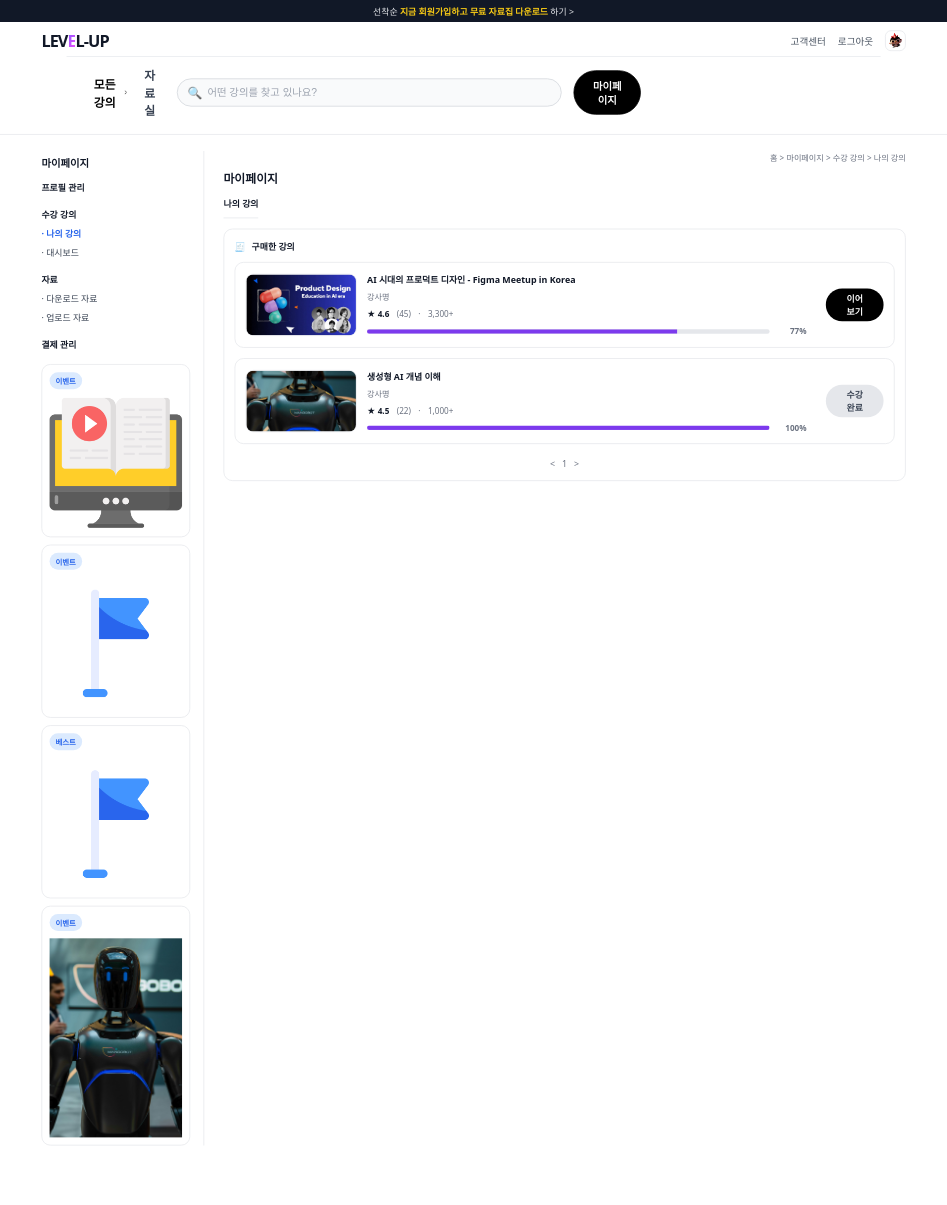
Repository: Iimchaehoon/level_up
Page: mypage.html
These files come from the project's save history. The page is drawn as it stood at one moment and after the next save; the edit follows.
The browser window is 1280 px wide. The pictures show the whole page, at 74% of full size.

Above is the page before, as saved 2025-12-13 22:16:33.

### mypage.html
<!doctype html>
<html lang="ko">
<head>
  <meta charset="UTF-8" />
  <meta name="viewport" content="width=device-width,initial-scale=1" />
  <title>마이페이지 | LEVEL-UP</title>

  <!-- 공통 CSS(프로젝트 기존) -->
  <link rel="stylesheet" href="styles.css" />

  <style>
    :root{
      --gray-200:#e5e7eb; --gray-300:#d1d5db; --gray-400:#9ca3af; --gray-500:#6b7280;
      --gray-600:#4b5563; --gray-700:#374151; --gray-50:#f9fafb; --black:#111827;
      --blue:#2563eb;
    }
    *{ box-sizing:border-box; }
    body{ margin:0; font-family:"Noto Sans KR",system-ui,-apple-system,BlinkMacSystemFont,"Segoe UI",sans-serif; background:#fff; color:var(--black); }
    a{ color:inherit; text-decoration:none; }
    img{ max-width:100%; display:block; }
    button{ font-family:inherit; }

    /* ✅ 커서 포인터(캡처 이슈 해결) */
    .brand, .nav-util, .menu-title, .menu-link, .profile-avatar, .mypage-btn,
    .nav__search input { cursor:pointer; }

    /* ───────── 상단 공지(ai_basic 동일) ───────── */
    .topbar{
      background:#111827; color:#e5e7eb; font-size:12px; text-align:center; padding:6px 16px;
    }
    .topbar strong{ color:#facc15; font-weight:600; }

    /* ───────── 헤더(ai_basic 동일) ───────── */
    .header{ background:#fff; border-bottom:1px solid var(--gray-200); position:sticky; top:0; z-index:50; }
    .header-top{
      max-width:1200px; margin:0 auto; padding:10px 16px 6px;
      display:flex; align-items:center; justify-content:space-between;
    }
    .brand{ font-size:22px; font-weight:800; letter-spacing:-0.06em; }
    .brand__e{
      display:inline-block;
      background:linear-gradient(120deg,#7b5cff,#ff4bff);
      -webkit-background-clip:text; color:transparent;
    }

    .header-top__right{
      display:flex; align-items:center; gap:16px; font-size:13px;
    }
    .nav-util{ color:var(--gray-600); }

    .profile-avatar{
      width:28px; height:28px; border-radius:8px; object-fit:cover; border:1px solid var(--gray-200);
    }

    .btn.mypage-btn{
      border-radius:999px;
      background:#000; color:#fff;
      padding:9px 22px;
      font-size:14px; font-weight:700;
      border:1px solid #000;
    }

    .header-bottom{ border-top:1px solid rgba(229,231,235,.9); }
    .header-bottom__inner{
      max-width:1200px; margin:0 auto; padding:8px 16px 10px;
      display:grid;
      grid-template-columns: auto minmax(520px, 1fr) auto; /* ✅ 검색창 폭 확보 */
      align-items:center; gap:16px;
    }
    .nav-left{ display:flex; align-items:center; gap:20px; }
    .nav-wrapper{ position:relative; }

    .menu-title{
      background:none; border:none; padding:6px 0;
      font:inherit; font-weight:700;
      display:inline-flex; align-items:center; gap:4px;
    }
    .menu-toggle-icon{
      width:16px; height:16px;
      background-image:url("./assets/Button_1.png");
      background-size:contain; background-repeat:no-repeat; background-position:center;
      transition:transform .18s ease;
    }
    .menu-toggle-icon.open{ transform:rotate(90deg); }

    .menu-link{ color:var(--gray-700); font-weight:600; }
    .menu-link.active{ color:#111827; font-weight:800; }

    .nav__search{
      position:relative;
      width:100%;
      max-width:720px;   /* ✅ 캡처처럼 길게 */
      margin:0 auto;
    }
    .nav__search input{
      width:100%;
      padding:10px 40px;
      border-radius:999px;
      border:1px solid var(--gray-300);
      font-size:14px;
      background:var(--gray-50);
      outline:none;
    }
    .nav__search input::placeholder{ color:var(--gray-400); }
    .icon-search{
      position:absolute; left:14px; top:50%; transform:translateY(-50%);
      font-size:16px; cursor:default;
    }

    /* 드롭다운(필요시 유지) */
    .nav-dropdown{
      display:none;
      position:absolute; top:34px; left:0;
      background:#fff; border-radius:18px;
      box-shadow:0 18px 40px rgba(15,23,42,.18);
      padding:10px 0; min-width:260px; z-index:30;
    }
    .nav-dropdown__list{ list-style:none; margin:0; padding:0; }
    .nav-dropdown__item{
      display:flex; align-items:center; gap:10px;
      padding:8px 16px; font-size:14px;
      cursor:pointer;
    }
    .nav-dropdown__item + .nav-dropdown__item{ border-top:1px solid var(--gray-200); }
    .nav-dropdown__item:hover{ background:var(--gray-50); }
    .nav-dropdown__icon{ width:22px; height:22px; object-fit:contain; }

    /* ───────── 마이페이지 레이아웃(캡처 기반) ───────── */
    .mypage-wrap{
      max-width:1200px;
      margin:0 auto;
      padding:22px 16px 80px;
      display:grid;
      grid-template-columns:220px 1fr;
      gap:26px;
    }

    /* 좌측 사이드 메뉴 */
    .side{
      border-right:1px solid var(--gray-200);
      padding-right:18px;
    }
    .side__title{ font-size:14px; font-weight:900; margin:6px 0 14px; }
    .side__group{ margin-bottom:18px; }
    .side__group h4{ margin:0 0 8px; font-size:12px; font-weight:900; color:#111827; }
    .side__links{ display:flex; flex-direction:column; gap:8px; font-size:12px; }
    .side__links a{ color:#374151; }
    .side__links a.active{ color:var(--blue); font-weight:900; }

    /* ✅ 왼쪽 광고 카드: 캡처처럼 "이미지 찌그러짐" 방지 */
    .side__cards{ margin-top:14px; display:flex; flex-direction:column; gap:10px; }
    .evt{
      border:1px solid var(--gray-200);
      border-radius:12px;
      overflow:hidden;
      background:#fff;
    }
    .evt__badge{
      display:inline-block;
      font-size:10px; font-weight:900;
      padding:4px 8px;
      background:#dbeafe; color:var(--blue);
      border-radius:999px;
      margin:10px 10px 0;
    }
    .evt img{
      width:100%;
      height:auto;          /* ✅ 원본 비율 유지 */
      object-fit:contain;   /* ✅ 캡처처럼 꽉 차게(잘림 최소) */
      display:block;
      padding:10px;
    }

    /* 메인 */
    .main__crumb{ font-size:11px; color:var(--gray-500); text-align:right; margin:0 0 8px; }
    .main__title{ font-size:16px; font-weight:900; margin:6px 0 14px; }
    .tab-title{
      font-size:12px; font-weight:900; margin:0 0 14px;
      padding-bottom:10px; border-bottom:1px solid var(--gray-200);
      width:fit-content;
    }
    .block{
      border:1px solid var(--gray-200);
      border-radius:12px;
      padding:14px;
      background:#fff;
    }
    .block__head{
      display:flex; align-items:center; gap:8px;
      font-size:12px; font-weight:900; margin-bottom:12px;
    }

    .course-list{ display:flex; flex-direction:column; gap:14px; }
    .course-card{
      border:1px solid var(--gray-200);
      border-radius:12px;
      padding:14px;
      display:grid;
      grid-template-columns:150px 1fr 90px;
      gap:14px;
      align-items:center;
      background:#fff;
    }
    .course-thumb{
      width:150px; height:84px;
      border-radius:10px; overflow:hidden;
      border:1px solid var(--gray-200);
      background:#f3f4f6;
    }
    .course-thumb img{ width:100%; height:100%; object-fit:cover; }
    .course-info .course-name{ font-size:12px; font-weight:900; margin:0 0 6px; }
    .course-info .teacher{ font-size:11px; color:var(--gray-500); margin:0 0 8px; }
    .meta-row{ display:flex; align-items:center; gap:10px; font-size:11px; color:var(--gray-500); margin-bottom:8px; }
    .stars{ color:#111827; font-weight:900; }
    .progress-row{ display:flex; align-items:center; gap:10px; }
    .progress{ flex:1; height:6px; background:var(--gray-200); border-radius:999px; overflow:hidden; }
    .progress > span{ display:block; height:100%; background:#7c3aed; }
    .pct{ font-size:11px; color:var(--gray-500); width:40px; text-align:right; font-weight:900; }
    .course-action{ display:flex; justify-content:flex-end; }
    .btn-action{
      width:78px; height:44px;
      border-radius:999px; border:none;
      cursor:pointer; font-size:12px; font-weight:900;
    }
    .btn-action.black{ background:#000; color:#fff; }
    .btn-action.gray{ background:var(--gray-200); color:var(--gray-700); }

    .pager{ margin-top:18px; text-align:center; font-size:12px; color:var(--gray-500); user-select:none; }

    @media (max-width: 980px){
      .header-bottom__inner{ grid-template-columns:1fr; row-gap:8px; }
      .mypage-wrap{ grid-template-columns:1fr; }
      .side{ border-right:none; padding-right:0; }
      .course-card{ grid-template-columns:120px 1fr; grid-template-rows:auto auto; }
      .course-action{ grid-column:1 / -1; justify-content:flex-end; }
      .course-thumb{ width:120px; height:72px; }
    }
  </style>
</head>

<body>
  <div class="topbar">
    선착순 <strong>지금 회원가입하고 무료 자료집 다운로드</strong> 하기 &gt;
  </div>

  <!-- ✅ ai_basic 헤더 그대로 -->
  <header class="header">
    <div class="header-top">
      <div class="brand" id="brandLogo">LEV<span class="brand__e">E</span>L-UP</div>

      <div class="header-top__right">
        <span class="nav-util">고객센터</span>
        <span class="nav-util">로그아웃</span>
        <img class="profile-avatar" src="./assets/ddd_thumbnail.png" alt="프로필" />
      </div>
    </div>

    <div class="header-bottom">
      <div class="header-bottom__inner">
        <div class="nav-left">
          <div class="nav-wrapper">
            <button class="menu-title" id="allLecturesBtn" type="button">
              모든 강의
              <span class="menu-toggle-icon" id="menuToggleIcon"></span>
            </button>

            <div class="nav-dropdown" id="navDropdown">
              <ul class="nav-dropdown__list">
                <li class="nav-dropdown__item">
                  <img src="./assets/9342101 1.png" class="nav-dropdown__icon" alt="" />
                  <span>AI 기초 이해 · 리터러시</span>
                </li>
                <li class="nav-dropdown__item">
                  <img src="./assets/9a04e59f-39b9-42de-9d05-d933becf10b4 1.png" class="nav-dropdown__icon" alt="" />
                  <span>업무 효율 향상</span>
                </li>
              </ul>
            </div>
          </div>

          <a href="course.html" class="menu-link">자료실</a>
        </div>

        <div class="nav__search">
          <span class="icon-search">🔍</span>
          <input type="text" placeholder="어떤 강의를 찾고 있나요?" />
        </div>

        <div style="text-align:right;">
          <button class="btn mypage-btn" type="button" data-nav="mypage">마이페이지</button>
        </div>
      </div>
    </div>
  </header>

  <main class="mypage-wrap">
    <!-- 좌측 메뉴 + 광고 -->
    <aside class="side">
      <div class="side__title">마이페이지</div>

      <div class="side__group"><h4>프로필 관리</h4></div>

      <div class="side__group">
        <h4>수강 강의</h4>
        <div class="side__links">
          <a href="#" class="active">· 나의 강의</a>
          <a href="#">· 대시보드</a>
        </div>
      </div>

      <div class="side__group">
        <h4>자료</h4>
        <div class="side__links">
          <a href="#">· 다운로드 자료</a>
          <a href="#">· 업로드 자료</a>
        </div>
      </div>

      <div class="side__group"><h4>결제 관리</h4></div>

      <div class="side__cards">
        <div class="evt">
          <span class="evt__badge">이벤트</span>
          <img src="./my/image 16.png" alt="이벤트 카드 1" />
        </div>
        <div class="evt">
          <span class="evt__badge">이벤트</span>
          <img src="./my/image 1810_1.png" alt="이벤트 카드 2" />
        </div>
        <div class="evt">
          <span class="evt__badge">베스트</span>
          <img src="./my/image 1810.png" alt="이벤트 카드 3" />
        </div>
        <div class="evt">
          <span class="evt__badge">이벤트</span>
          <img src="./my/생성형 AI 개념 이해.png" alt="이벤트 카드 4" />
        </div>
      </div>
    </aside>

    <!-- 메인 -->
    <section class="main">
      <div class="main__crumb">홈 &gt; 마이페이지 &gt; 수강 강의 &gt; 나의 강의</div>

      <div class="main__title">마이페이지</div>
      <div class="tab-title">나의 강의</div>

      <div class="block">
        <div class="block__head"><span aria-hidden="true">🧾</span> 구매한 강의</div>

        <div class="course-list">
          <div class="course-card">
            <div class="course-thumb"><img src="./my/334312.gif.mp4.png" alt="강의 썸네일" /></div>
            <div class="course-info">
              <p class="course-name">AI 시대의 프로덕트 디자인 - Figma Meetup in Korea</p>
              <p class="teacher">강사명</p>
              <div class="meta-row"><span class="stars">★ 4.6</span><span>(45)</span><span>·</span><span>3,300+</span></div>
              <div class="progress-row">
                <div class="progress"><span style="width:77%"></span></div>
                <div class="pct">77%</div>
              </div>
            </div>
            <div class="course-action"><button class="btn-action black" type="button">이어<br/>보기</button></div>
          </div>

          <div class="course-card">
            <div class="course-thumb"><img src="./my/생성형 AI 개념 이해.png" alt="강의 썸네일" /></div>
            <div class="course-info">
              <p class="course-name">생성형 AI 개념 이해</p>
              <p class="teacher">강사명</p>
              <div class="meta-row"><span class="stars">★ 4.5</span><span>(22)</span><span>·</span><span>1,000+</span></div>
              <div class="progress-row">
                <div class="progress"><span style="width:100%"></span></div>
                <div class="pct">100%</div>
              </div>
            </div>
            <div class="course-action"><button class="btn-action gray" type="button">수강<br/>완료</button></div>
          </div>
        </div>

        <div class="pager">&lt; &nbsp; 1 &nbsp; &gt;</div>
      </div>
    </section>
  </main>

  <!-- ✅ 드롭다운(필요한 동작만) + 공통 네비 -->
  <script defer src="./js/nav.js"></script>
  <script>
    // 모든 강의 드롭다운 (ai_basic 그대로)
    const allLecturesBtn = document.getElementById("allLecturesBtn");
    const navDropdown = document.getElementById("navDropdown");
    const menuToggleIcon = document.getElementById("menuToggleIcon");
    let dropdownOpen = false;

    allLecturesBtn?.addEventListener("click", (e) => {
      e.stopPropagation();
      dropdownOpen = !dropdownOpen;
      navDropdown.style.display = dropdownOpen ? "block" : "none";
      menuToggleIcon.classList.toggle("open", dropdownOpen);
    });

    document.addEventListener("click", (e) => {
      if (!dropdownOpen) return;
      if (!navDropdown.contains(e.target) && !allLecturesBtn.contains(e.target)) {
        dropdownOpen = false;
        navDropdown.style.display = "none";
        menuToggleIcon.classList.remove("open");
      }
    });
  </script>
</body>
</html>

Loaded but not shown: js/nav.js (8 lines, source omitted); styles.css (3127 lines, source omitted)

After the next save:
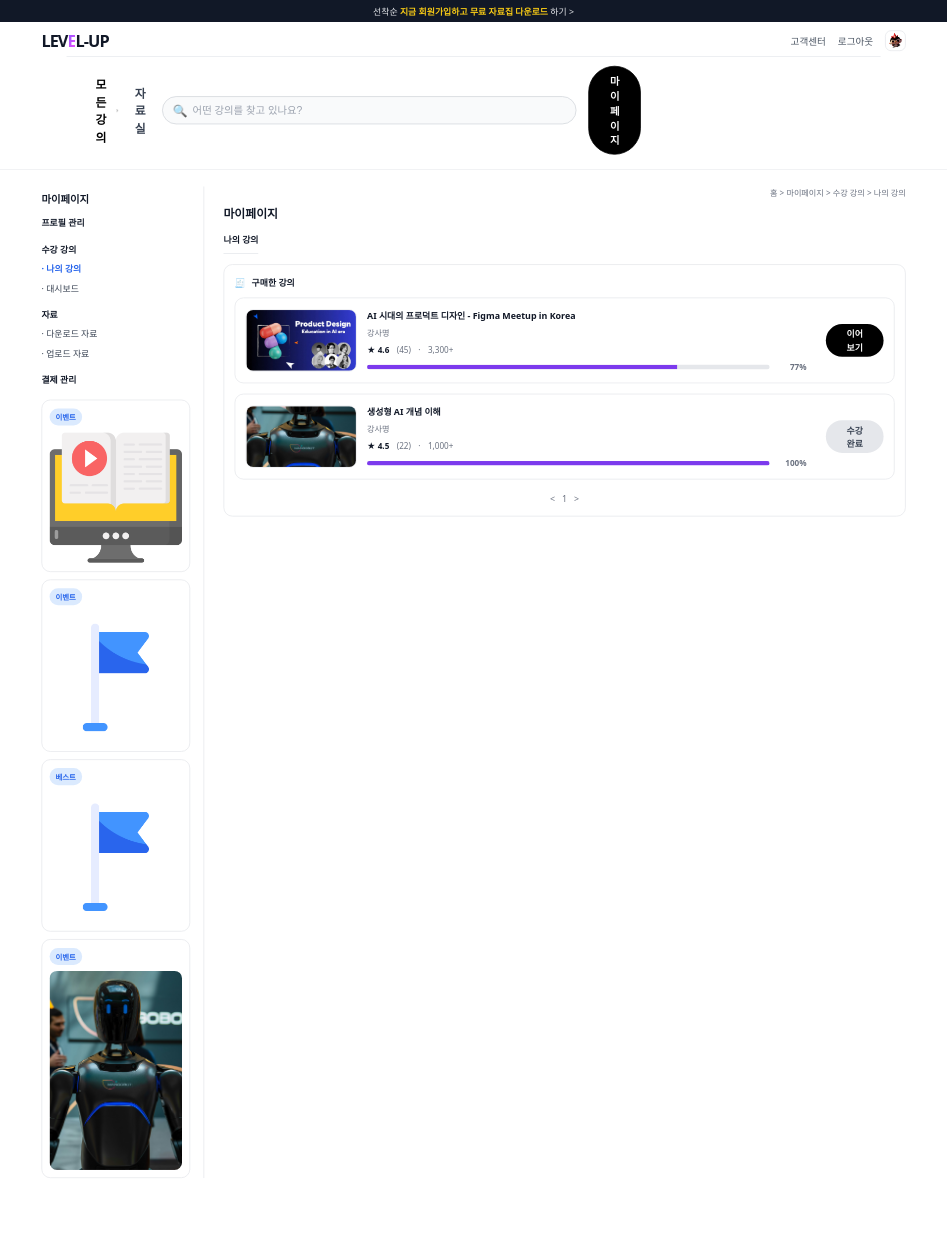
Saved 6 min 24 s later.
--- a/mypage.html
+++ b/mypage.html
@@ -20,11 +20,11 @@
     img{ max-width:100%; display:block; }
     button{ font-family:inherit; }
 
-    /* ✅ 커서 포인터(캡처 이슈 해결) */
+    /* ✅ 커서 포인터 */
     .brand, .nav-util, .menu-title, .menu-link, .profile-avatar, .mypage-btn,
     .nav__search input { cursor:pointer; }
 
-    /* ───────── 상단 공지(ai_basic 동일) ───────── */
+    /* ───────── 상단 공지 ───────── */
     .topbar{
       background:#111827; color:#e5e7eb; font-size:12px; text-align:center; padding:6px 16px;
     }
@@ -42,7 +42,6 @@
       background:linear-gradient(120deg,#7b5cff,#ff4bff);
       -webkit-background-clip:text; color:transparent;
     }
-
     .header-top__right{
       display:flex; align-items:center; gap:16px; font-size:13px;
     }
@@ -64,7 +63,7 @@
     .header-bottom__inner{
       max-width:1200px; margin:0 auto; padding:8px 16px 10px;
       display:grid;
-      grid-template-columns: auto minmax(520px, 1fr) auto; /* ✅ 검색창 폭 확보 */
+      grid-template-columns:auto minmax(560px, 1fr) auto; /* ✅ 캡처처럼 중앙 길게 */
       align-items:center; gap:16px;
     }
     .nav-left{ display:flex; align-items:center; gap:20px; }
@@ -89,7 +88,7 @@
     .nav__search{
       position:relative;
       width:100%;
-      max-width:720px;   /* ✅ 캡처처럼 길게 */
+      max-width:720px;
       margin:0 auto;
     }
     .nav__search input{
@@ -104,10 +103,11 @@
     .nav__search input::placeholder{ color:var(--gray-400); }
     .icon-search{
       position:absolute; left:14px; top:50%; transform:translateY(-50%);
-      font-size:16px; cursor:default;
-    }
-
-    /* 드롭다운(필요시 유지) */
+      font-size:16px;
+      cursor:default;
+    }
+
+    /* 드롭다운 */
     .nav-dropdown{
       display:none;
       position:absolute; top:34px; left:0;
@@ -125,7 +125,7 @@
     .nav-dropdown__item:hover{ background:var(--gray-50); }
     .nav-dropdown__icon{ width:22px; height:22px; object-fit:contain; }
 
-    /* ───────── 마이페이지 레이아웃(캡처 기반) ───────── */
+    /* ───────── 마이페이지 레이아웃 ───────── */
     .mypage-wrap{
       max-width:1200px;
       margin:0 auto;
@@ -135,7 +135,7 @@
       gap:26px;
     }
 
-    /* 좌측 사이드 메뉴 */
+    /* 좌측 사이드 */
     .side{
       border-right:1px solid var(--gray-200);
       padding-right:18px;
@@ -147,13 +147,14 @@
     .side__links a{ color:#374151; }
     .side__links a.active{ color:var(--blue); font-weight:900; }
 
-    /* ✅ 왼쪽 광고 카드: 캡처처럼 "이미지 찌그러짐" 방지 */
+    /* ✅ 광고 카드(캡처처럼 카드 안에 이미지가 자연스럽게) */
     .side__cards{ margin-top:14px; display:flex; flex-direction:column; gap:10px; }
     .evt{
       border:1px solid var(--gray-200);
       border-radius:12px;
       overflow:hidden;
       background:#fff;
+      padding:10px;                /* 카드 안쪽 여백 */
     }
     .evt__badge{
       display:inline-block;
@@ -161,14 +162,13 @@
       padding:4px 8px;
       background:#dbeafe; color:var(--blue);
       border-radius:999px;
-      margin:10px 10px 0;
+      margin-bottom:8px;
     }
     .evt img{
       width:100%;
-      height:auto;          /* ✅ 원본 비율 유지 */
-      object-fit:contain;   /* ✅ 캡처처럼 꽉 차게(잘림 최소) */
-      display:block;
-      padding:10px;
+      height:auto;                 /* ✅ 비율 유지 */
+      object-fit:contain;
+      border-radius:10px;
     }
 
     /* 메인 */
@@ -243,7 +243,7 @@
     선착순 <strong>지금 회원가입하고 무료 자료집 다운로드</strong> 하기 &gt;
   </div>
 
-  <!-- ✅ ai_basic 헤더 그대로 -->
+  <!-- ✅ ai_basic 헤더 구조 그대로 -->
   <header class="header">
     <div class="header-top">
       <div class="brand" id="brandLogo">LEV<span class="brand__e">E</span>L-UP</div>
@@ -267,11 +267,11 @@
             <div class="nav-dropdown" id="navDropdown">
               <ul class="nav-dropdown__list">
                 <li class="nav-dropdown__item">
-                  <img src="./assets/9342101 1.png" class="nav-dropdown__icon" alt="" />
+                  <img src="./assets/9342101%201.png" class="nav-dropdown__icon" alt="" />
                   <span>AI 기초 이해 · 리터러시</span>
                 </li>
                 <li class="nav-dropdown__item">
-                  <img src="./assets/9a04e59f-39b9-42de-9d05-d933becf10b4 1.png" class="nav-dropdown__icon" alt="" />
+                  <img src="./assets/9a04e59f-39b9-42de-9d05-d933becf10b4%201.png" class="nav-dropdown__icon" alt="" />
                   <span>업무 효율 향상</span>
                 </li>
               </ul>
@@ -294,7 +294,6 @@
   </header>
 
   <main class="mypage-wrap">
-    <!-- 좌측 메뉴 + 광고 -->
     <aside class="side">
       <div class="side__title">마이페이지</div>
 
@@ -318,27 +317,27 @@
 
       <div class="side__group"><h4>결제 관리</h4></div>
 
+      <!-- ✅ 파일명 공백은 %20로 처리(매핑 안정) -->
       <div class="side__cards">
         <div class="evt">
           <span class="evt__badge">이벤트</span>
-          <img src="./my/image 16.png" alt="이벤트 카드 1" />
+          <img src="./my/image%2016.png" alt="이벤트 1" />
         </div>
         <div class="evt">
           <span class="evt__badge">이벤트</span>
-          <img src="./my/image 1810_1.png" alt="이벤트 카드 2" />
+          <img src="./my/image%201810_1.png" alt="이벤트 2" />
         </div>
         <div class="evt">
           <span class="evt__badge">베스트</span>
-          <img src="./my/image 1810.png" alt="이벤트 카드 3" />
+          <img src="./my/image%201810.png" alt="이벤트 3" />
         </div>
         <div class="evt">
           <span class="evt__badge">이벤트</span>
-          <img src="./my/생성형 AI 개념 이해.png" alt="이벤트 카드 4" />
+          <img src="./my/%EC%83%9D%EC%84%B1%ED%98%95%20AI%20%EA%B0%9C%EB%85%90%20%EC%9D%B4%ED%95%B4.png" alt="이벤트 4" />
         </div>
       </div>
     </aside>
 
-    <!-- 메인 -->
     <section class="main">
       <div class="main__crumb">홈 &gt; 마이페이지 &gt; 수강 강의 &gt; 나의 강의</div>
 
@@ -364,7 +363,7 @@
           </div>
 
           <div class="course-card">
-            <div class="course-thumb"><img src="./my/생성형 AI 개념 이해.png" alt="강의 썸네일" /></div>
+            <div class="course-thumb"><img src="./my/%EC%83%9D%EC%84%B1%ED%98%95%20AI%20%EA%B0%9C%EB%85%90%20%EC%9D%B4%ED%95%B4.png" alt="강의 썸네일" /></div>
             <div class="course-info">
               <p class="course-name">생성형 AI 개념 이해</p>
               <p class="teacher">강사명</p>
@@ -383,10 +382,15 @@
     </section>
   </main>
 
-  <!-- ✅ 드롭다운(필요한 동작만) + 공통 네비 -->
+  <!-- 공통 네비 -->
   <script defer src="./js/nav.js"></script>
   <script>
-    // 모든 강의 드롭다운 (ai_basic 그대로)
+    // 로고 클릭 → 홈
+    document.getElementById("brandLogo")?.addEventListener("click", () => {
+      window.location.href = "index.html";
+    });
+
+    // 모든 강의 드롭다운
     const allLecturesBtn = document.getElementById("allLecturesBtn");
     const navDropdown = document.getElementById("navDropdown");
     const menuToggleIcon = document.getElementById("menuToggleIcon");
